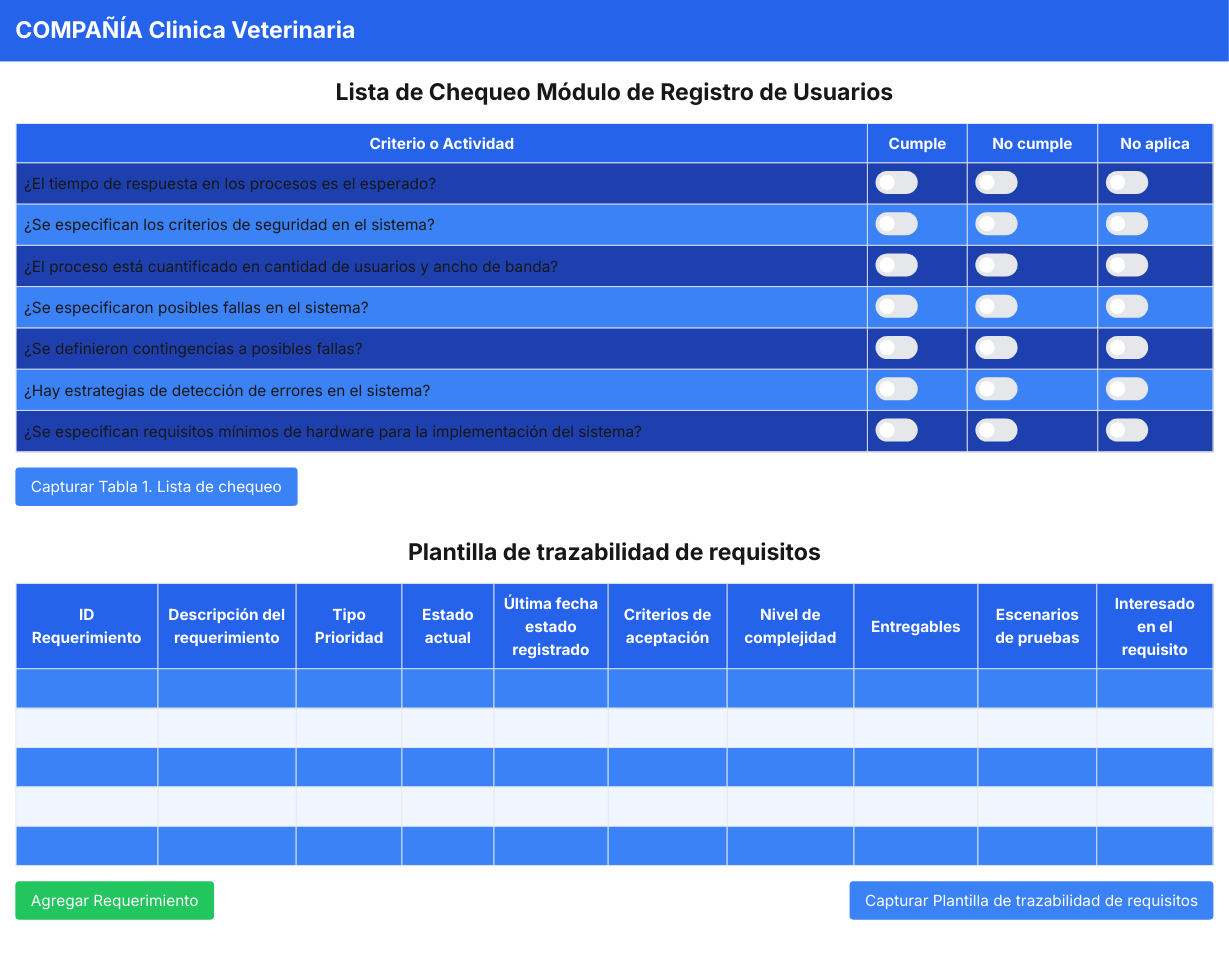
Repository: CiroAlfa/lista-de-Chequeo
Page: /
These files come from the project's save history. The page is drawn as it stood at one moment and after the next save; the edit follows.
The browser window is 1280 px wide. The pictures show the whole page, at 96% of full size.
The project was rebuilt for these pictures with package versions that can differ from the ones it lists, and the page was loaded fresh each time. The framework's server and built-in components were replaced by stand-ins that run in the browser. Also part of the build but not shown: next.config.mjs.

Above is the page before, as saved 2024-09-27 13:15:47.

After the next save:
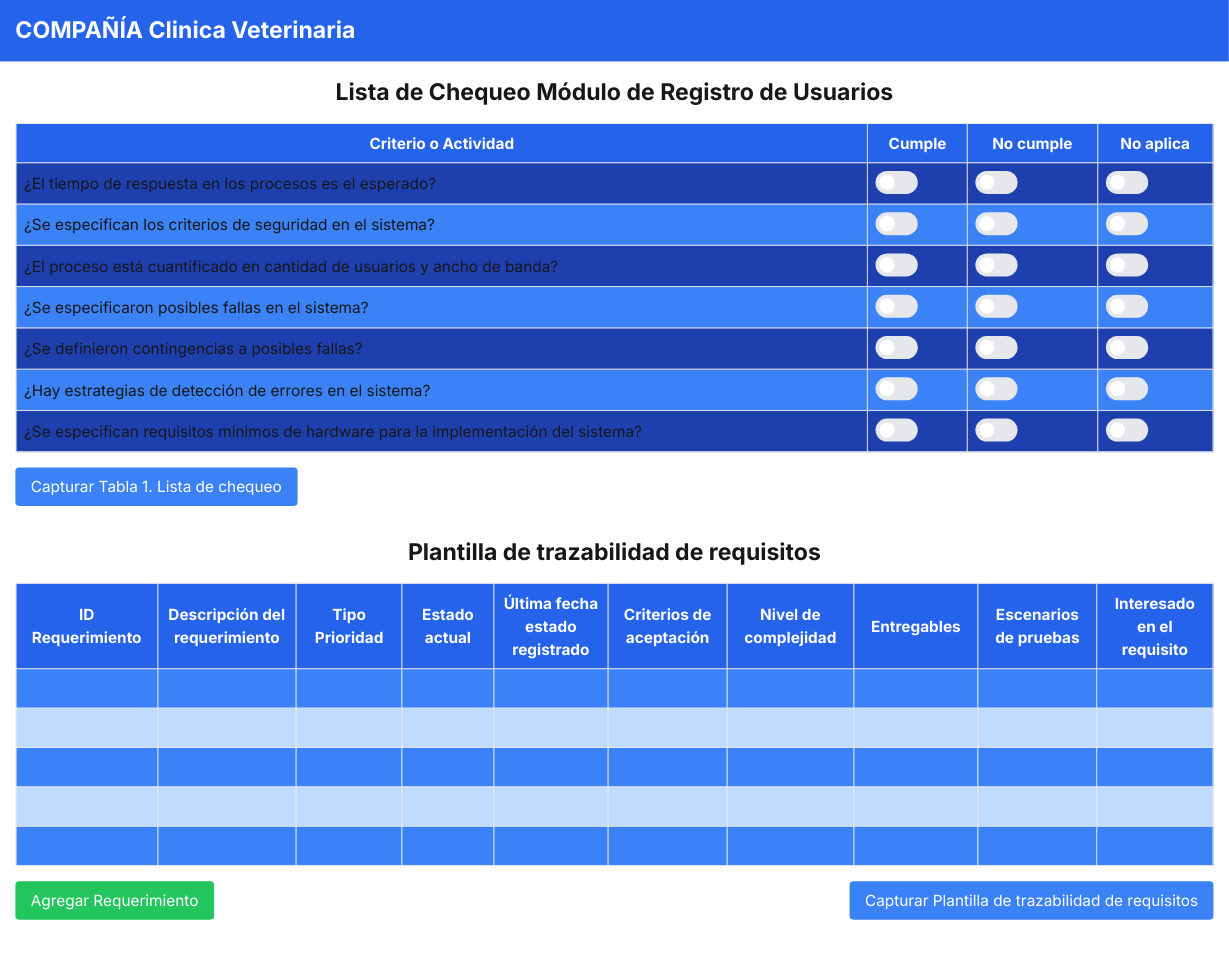
Saved 5 s later.
--- a/src/app/page.tsx
+++ b/src/app/page.tsx
@@ -176,7 +176,7 @@ export default function Home() {
           </thead>
           <tbody>
             {requirements.map((item, index) => (
-              <tr key={index} className={index % 2 === 0 ? 'bg-blue-500' : 'bg-blue-50'}>
+              <tr key={index} className={index % 2 === 0 ? 'bg-blue-500' : 'bg-blue-200'}>
                 <td className="border p-2">
                   <input
                     type="text"
